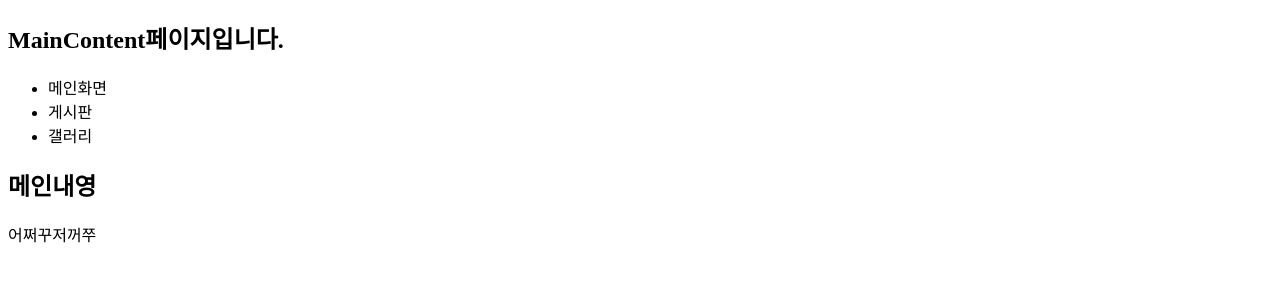
Repository: yongmin0309/mybatis1
Page: http://localhost/eL_JSTL/views/content.jsp
The author's editor kept a copy of each file at every save. The page is drawn from the files as they stood at one save, then again after the next save.
The browser window is 1280 px wide. The pictures show the whole page.
The page is served by Tomcat 9.

Above is the page before, as saved 2024-04-20 05:36:02.

After the next save:
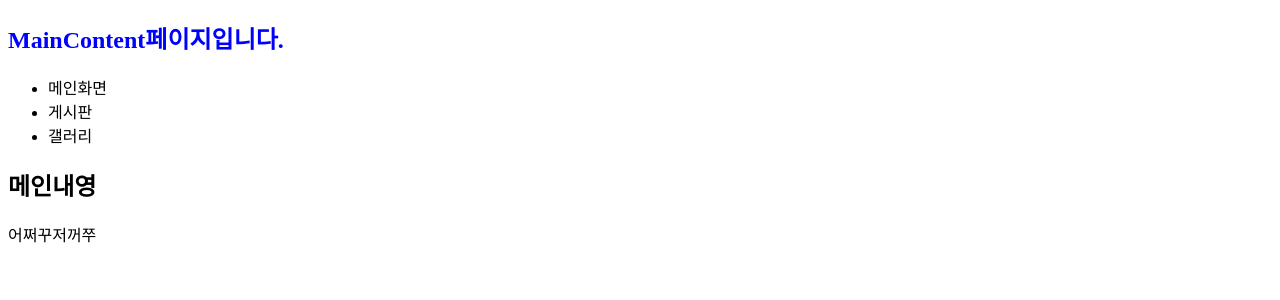
Saved 13 s later.
--- a/work/eL_JSTL/src/main/webapp/views/content.jsp
+++ b/work/eL_JSTL/src/main/webapp/views/content.jsp
@@ -2,7 +2,7 @@
     pageEncoding="UTF-8"%>
 <jsp:include page="/views/common/header.jsp">
 	<jsp:param name="title" value="MainContent"/>
-	<jsp:param name="style" value="color:yeelow"/>
+	<jsp:param name="style" value="color:blue"/>
 </jsp:include>
 	<h2>메인내영</h2>
 	<p>어쩌꾸저꺼쭈</p>
